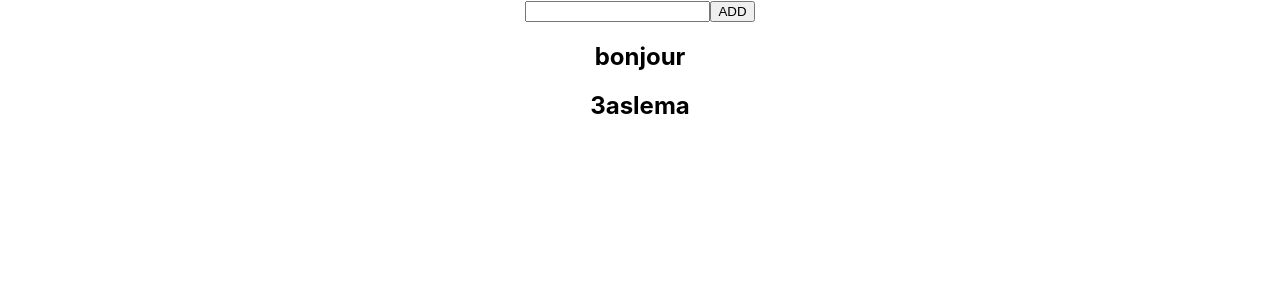
Repository: swayahskandar/State_ws
Page: / (app in corrections/WS-State-F3-Mars-master/)
The author's editor kept a copy of each file at every save. The page is drawn from the files as they stood at one save, then again after the next save.
The browser window is 1280 px wide. The pictures show the whole page.
The project was rebuilt for these pictures with package versions that can differ from the ones it lists, and the page was loaded fresh each time.

Above is the page before, as saved 2021-05-26 11:14:55.

### corrections/WS-State-F3-Mars-master/src/App.js
import React, { Component } from "react";
import "./App.css";
import Counter from "./components/Counter";

export default class App extends Component {

   state = {
    name: "Nader",
    age: 50,
    person: {
      name1: "Skander",
    email: "skan@gmail.com",
    },
    count: 0,
    myInput: "",
     arr: ["bonjour", "3aslema"],

   };

  add = (y) => {
    this.setState({ arr: [...this.state.arr, y] });
  };

  deletes = () => {
    this.setState({ arr: this.state.delete });
  };

  handelChange = (x) => {
    this.setState({ myInput: x });
  };

  increment = () => {
    this.setState({ count: this.state.count + 1 });
  };

  decrement = () => {
    if (this.state.count > 0) {
      this.setState({ count: this.state.count - 1 });
    }
  };

  render() {
    return (
      <div className="App">

        <Counter add={this.add} />
        {this.state.arr.map((el) => (
          <h2>{el}</h2>
        ))}
      </div>
    );
  }

  render1() {
    return (
      <div className="App1">

        <Counter deletes={this.deletes} />
        {this.state.arr.map((el) => (
          <h2>{el.delete}</h2>
        ))}
      </div>
    );
  }

}

### corrections/WS-State-F3-Mars-master/src/components/Counter.js
import React, { Component } from "react";

export default class Counter extends Component {
  state = {
    text: "",
  };

  render() {
    return (
      <div>
        <input
          type="text"
          onChange={(e) => this.setState({ text: e.target.value })}
        />
        <button onClick={() => this.props.add(this.state.text)}>ADD</button>
      </div>
    );
  }

  render1() {
    return (
      <div>
        <input
          type="text"
          onChange={(e) => this.setState({ text: e.target.value })}
        />
        <button onClick={() => this.props.delete(this.state.text)}>DELETE</button>
      </div>
    );
  }
}

Loaded but not shown: corrections/WS-State-F3-Mars-master/public/index.html (common file); corrections/WS-State-F3-Mars-master/src/index.js (common file); corrections/WS-State-F3-Mars-master/src/index.css (common file); corrections/WS-State-F3-Mars-master/src/reportWebVitals.js (common file); corrections/WS-State-F3-Mars-master/src/App.css (common file)

After the next save:
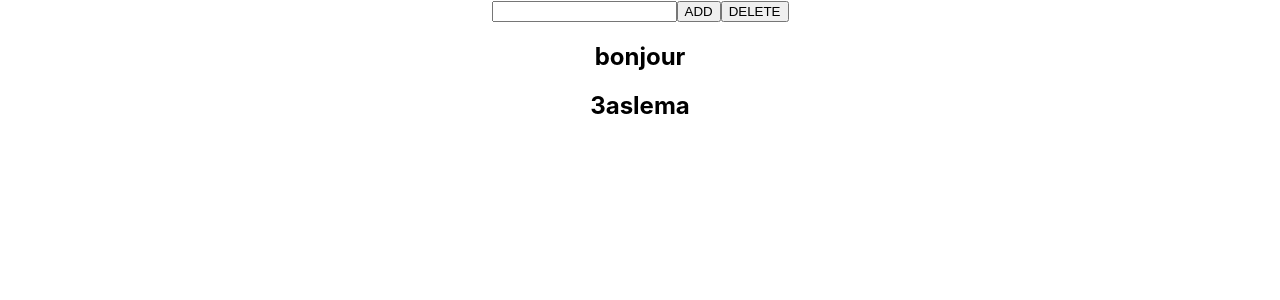
Saved 22 s later.
--- a/corrections/WS-State-F3-Mars-master/src/components/Counter.js
+++ b/corrections/WS-State-F3-Mars-master/src/components/Counter.js
@@ -13,6 +13,7 @@ export default class Counter extends Component {
           onChange={(e) => this.setState({ text: e.target.value })}
         />
         <button onClick={() => this.props.add(this.state.text)}>ADD</button>
+        <button onClick={() => this.props.delete(this.state.text)}>DELETE</button>
       </div>
     );
   }
